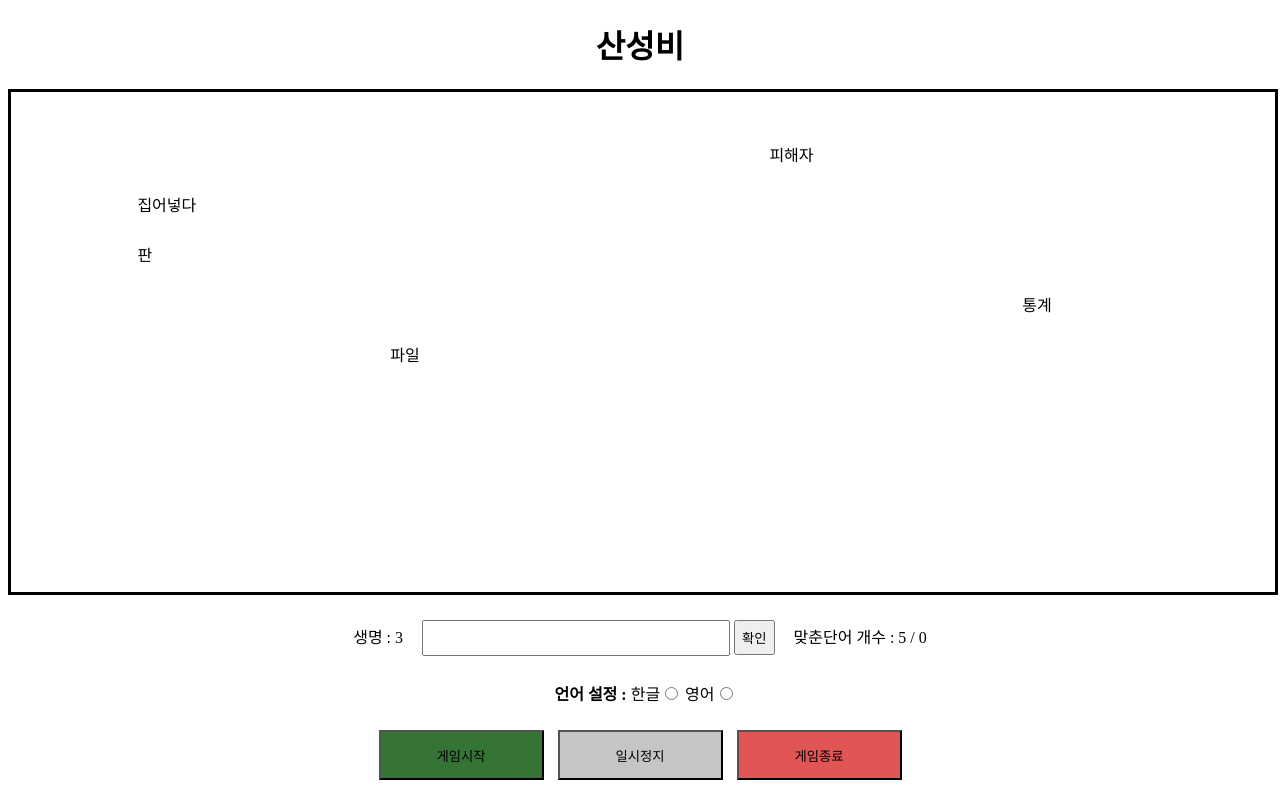
Repository: yuj1818/Hustar_JavaScript
Page: edu/edu/view/js_edu/sanseongbee.html
An editor plug-in stored every save of this project. The page is shown before and after the next save, followed by the edit.
The browser window is 1280 px wide. The pictures show the whole page.

Above is the page before, as saved 2022-06-02 07:55:21.

### edu/edu/view/js_edu/sanseongbee.html
<!DOCTYPE html>
<html>
	<head>
		<meta charset="UTF-8">
		<title>산성비 게임</title>
		<style>
			.game_main {
				border: 3px solid #000;
				width: 100%;
				height: 500px;
				position: relative;
			}

			input#answer {
				width: 300px;
				height: 30px;
			}

			button#answer_submit {
				height:  35px;
			}

			.game_management_btn {
				width: 165px;
				height: 50px;
				/* top right botton left*/
				margin: 0px 5px;
				/*margin 값이 2개만 있으면 앞에 거는 위아래, 뒤에 거는 양쪽으로 해석*/
			}

			.background_red {
				background-color: #e15555;
			}

			.background_green {
				background-color: #357435;
			}

			.background_gray {
				background-color: #c5c5c5;
			}

			.text_center {
				text-align: center;
			}
		</style>
	</head>
	<body>
		<h1 class="text_center">산성비</h1>

		<div class="game_main" id="game_main"></div>

		<div class="text_center" style="margin-top: 25px">
			<span style="margin-right: 15px;">
				생명 :
				<span id="life">0</span>
			</span>

			<span style="margin-right: 15px;">
				<input id="answer" type="text"/>
				<button id="answer_submit">확인</button>
			</span>

			<span>
				맞춘단어 개수 :
				<span id="words_size">0</span>
				/
				<span id="answer_size">0</span>
			</span>
		</div>

		<div class="text_center" style="margin-top: 25px;">
			<span style="font-weight: bold; margin-left: 10px;">언어 설정 : </span>
			<label for="korean">한글</label><input id="korean" name="lan_type" type="radio"/>
			<label for="english">영어</label><input id="english" name="lan_type" type="radio"/>
		</div>

		<div class="text_center" style="margin-top: 25px">
			<button class="game_management_btn background_green">게임시작</button>
			<button class="game_management_btn background_gray">일시정지</button>
			<button class="game_management_btn background_red">게임종료</button>
		</div>
	</body>

	<script>




		/*
			게임 종료
				↳단어 한개씩 표출하기 -> 중단 or 다 삭제
					↳표출된 단어 밑으로 내리기 -> 중단 or 다 삭제
				↳게임 수행 결과 표시(맞춘 단어 개수, 오타 개수, 남은 생명)
				↳생명 0으로 만들기 -> 선택
				↳맞춘 개수 0으로 만들기 -> 선택
		*/

		/*
			일시정지
				↳단어 한개씩 표출하기 -> 중단 -> 일시정지 중인 것을 확인 할 수 있도록 표시
				↳표출된 단어 밑으로 내리기 -> 중단
		*/

		//생명
		const _life = 3;

		//게임 총 진행 시간
		const _game_time = 60;

		//단어가 내려오는 속도
		const _word_speed = 1;

		//단어가 내려오는 위치 크기(px)
		const _word_down_size = 50;

		//단어 목록
		let words = {
				korean: ["집어넣다", "통계", "파일", "판", "피해자"],
				english: ["aaa", "bbb", "ccc", "ddd", "eee"]
		};
					/* "집어넣다", "통계", "파일", "판", "피해자","필수적","학용품","환하다","화분","감기","강남","구속되다",
					"돌아다니다","등등","멋지다","반팔","반찬","방지","베다","보장하다","세다","소개되다","씨","안쪽","억울하다",
					"오가다","요구되다","음성","이윽고","장식","전개하다","전날","전반적";*/

		//현재 생명
		let life = 0;

		//맞춘 단어 개수
		let answer_size = 0;

		//오타 개수
		let wrong_size = 0;

		//현재 게임 시간
		let game_time = 0;

		//언어 설정 값
		let lan_type = "korean";

		/*
			게임 시작 전
				↳언어 설정(default값: 한글)
				↳초기화
					↳생명 = 3
					↳맞춘 개수 = 0
					↳오타 개수 = 0
		*/
		//java script data 초기화
		function reset () {
			life = _life;
			answer_size = 0;
			wrong_size = 0;
			game_time = _game_time;
			len_type = "korean";

			html_reset();
		}

		//data 초기화 후, html 초기화
		function html_reset () {
			document.getElementById("life").innerHTML = life;
			document.getElementById("words_size").innerHTML = words[lan_type].length;
			document.getElementById("answer_size").innerHTML = answer_size;
		}

		/*
			게임 시작
				↳시간(초) 카운트 다운
				↳단어 섞기
				↳단어 한개씩 표출하기(몇초 단위로?, 위치 x 를 무작위로 정해주기)
					↳표출된 단어들을 밑으로 내리기(하강 속도는? (단위:초?))
				↳생명이 하나씩 깎이도록 하기
					↳게임 메인 영역에 단어가 맨 밑으로 내려갔을 때
					↳정답을 잘못 입력했을 때
				↳게임 종료 하기
					↳생명이 0이 되었을 때
					↳정답을 다 맞추었을 때
					↳종료 버튼 눌렀을 때
				↳정답을 맞추면
					↳맞춘 단어 개수를 증가 시키기 -> 화면에 표시해주기
					↳맞춘 단어 화면에서 지워주기

		*/

		let game_count_down_obj = {};

		let word_view_count = 0;

		let word_viewer_obj = {};

		let word_y_position_change_obj = {};

		function start() {
			reset();//데이터 및 html 초기화

			words_shuffle();

			//시간 카운트 다운
			//setInterval(콜백함수, 속도(단위:ms))
			game_count_down_obj = setInterval(game_time_add, 1000);
			//게임 시간 증가 시키기
			function game_time_add(){
				game_time++;
				//게임 종료 기능 호출 필요
			}

			//표출된 단어 수
			word_view_count = 0;
			//지정한 시간 마다 단어 표출하기
			word_viewer_obj = setInterval(word_view, _word_speed * 1000)
			//단어 한개씩 표출하기
			function word_view() {
				let game_main_el = document.getElementById("game_main");
				let div_value = game_main.clientWidth/10;//game_main element의 width값
				let random_x_index = Math.floor(Math.random() * 9);//0~9
				let x_point = random_x_index * div_value;//랜덤 x pixel 좌표

				//HTML element 동적 생성
				let span = document.createElement("span");//javascript 구문
				span.setAttribute("class", "word");
				span.style.position = "absolute";
				span.style.left = x_point + "px";//javascript 구문
				span.style.top = "0px"//javascript 구문
				span.innerHTML = words[lan_type][word_view_count++];

				game_main_el.appendChild(span);
			}

			//지정한 시간마다 단어 내리기
			word_y_position_change_obj = setInterval(word_y_position_change, _word_speed * 1000);
			//단어 내리기
			function word_y_position_change() {
				let words_els = document.getElementsByClassName("word");
				for (let i = 0; i < words_els.length; i++){
					let temp = words_els[i].style.top;
					let temp_value = Number(temp.replace("px",""));
					temp_value += _word_down_size;
					words_els[i].style.top = temp_value + "px";
				}
			}
		}

		//단어 섞기
		function words_shuffle () {
			for (let i = 0; i < words[lan_type].length; i++){
				let value = Math.random();//value:0 ~ 1이하
				let random_index = Math.floor(value * words[lan_type].length);
				let firstValue = words[lan_type][i];
				let randomIndexValue = words[lan_type][random_index];
				words[lan_type][i] = randomIndexValue;
				words[lan_type][random_index] = firstValue;
			}
		}


		start();

	</script>
</html>

After the next save:
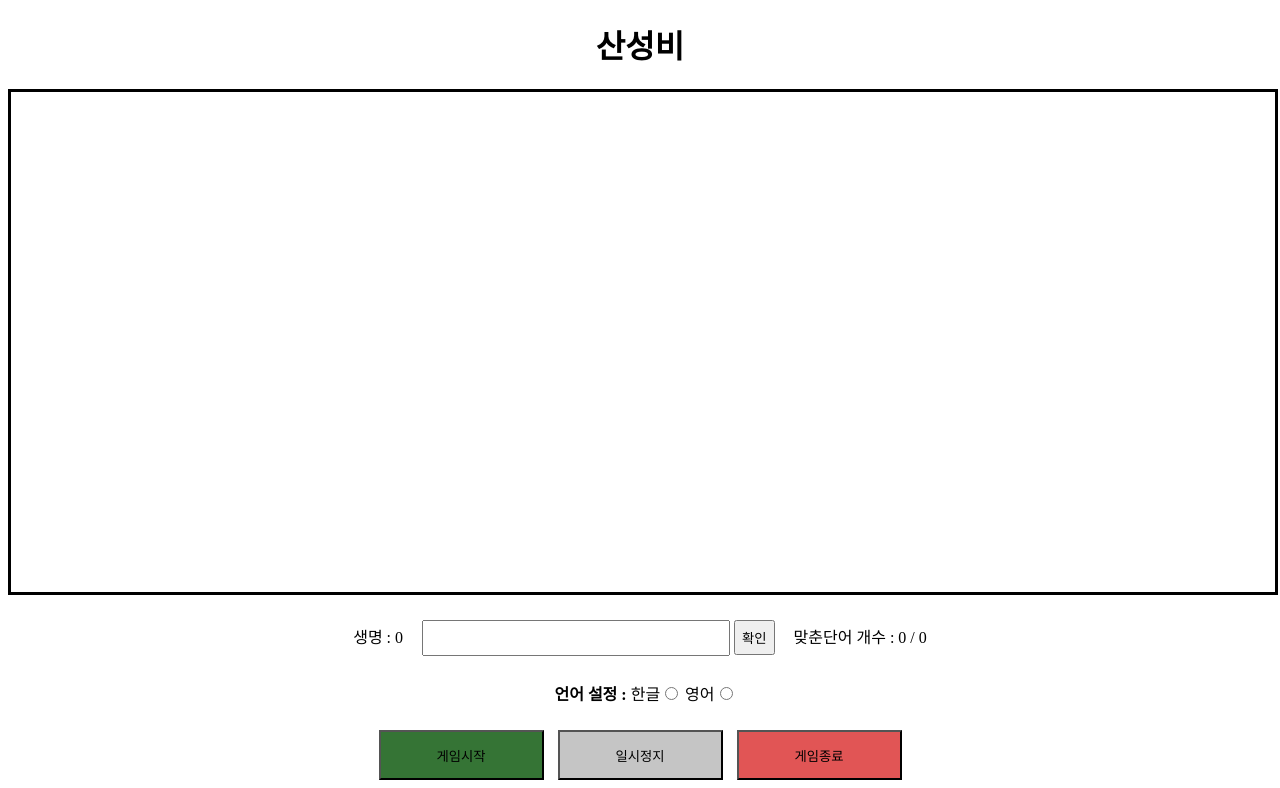
Saved 98 s later.
--- a/edu/edu/view/js_edu/sanseongbee.html
+++ b/edu/edu/view/js_edu/sanseongbee.html
@@ -76,7 +76,7 @@
 		</div>
 
 		<div class="text_center" style="margin-top: 25px">
-			<button class="game_management_btn background_green">게임시작</button>
+			<button class="game_management_btn background_green" onclick="start()">게임시작</button>
 			<button class="game_management_btn background_gray">일시정지</button>
 			<button class="game_management_btn background_red">게임종료</button>
 		</div>
@@ -254,7 +254,5 @@
 		}
 
 
-		start();
-
 	</script>
 </html>
